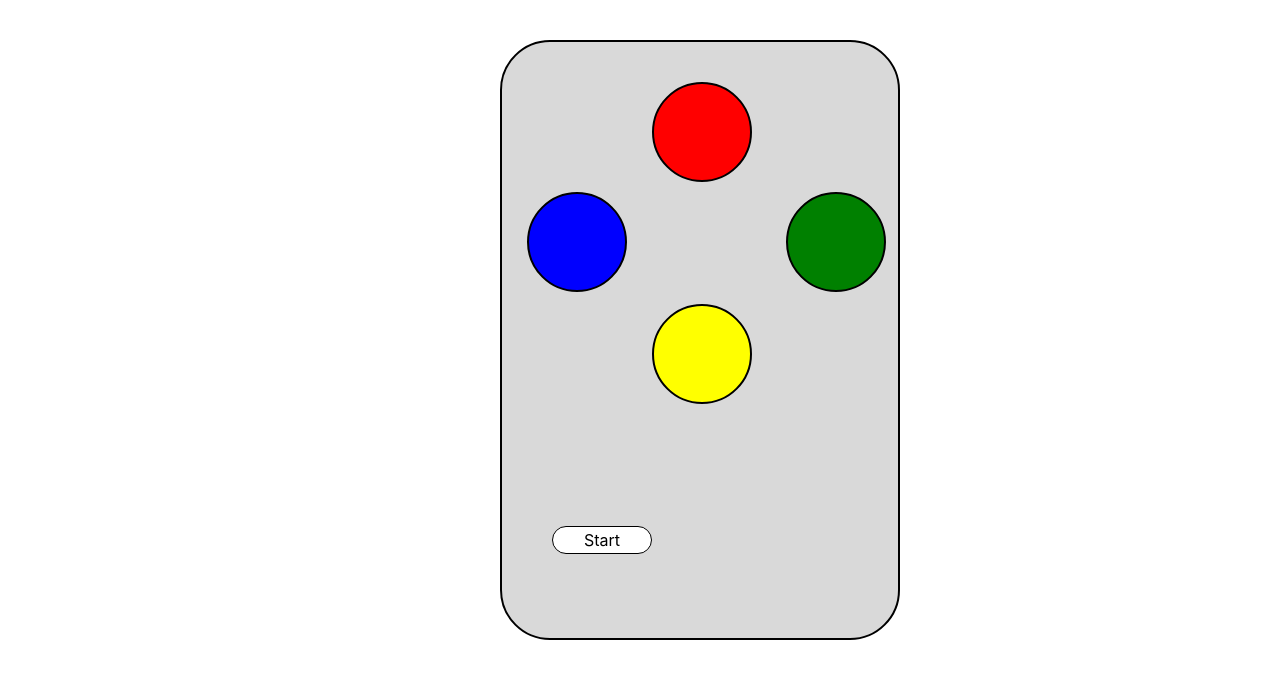
Repository: Code-Institute-Submissions/The-Simon-Game
Page: index.html
The author's editor kept a record of every edit. The page is drawn from the files as they stood at one moment, then again after the next edit.
The browser window is 1280 px wide. The pictures show the whole page.

Above is the page before.

### index.html
<!DOCTYPE html>
<html lang="en">

<head>
    <meta charset="UTF-8">
    <meta name="viewport" content="width=device-width, initial-scale=1.0">
    <meta http-equiv="X-UA-Compatible" content="ie=edge">
    <link rel="stylesheet" href="https://stackpath.bootstrapcdn.com/bootstrap/4.3.1/css/bootstrap.min.css" integrity="sha384-ggOyR0iXCbMQv3Xipma34MD+dH/1fQ784/j6cY/iJTQUOhcWr7x9JvoRxT2MZw1T" crossorigin="anonymous">
    <link rel="stylesheet" href="css/style.css" type="text/css" />
    <title>Simon The Memory Game</title>
</head>

<body>
    <!-- Panel -->
    <section class="panel">
        <div class="panel-overlay">
            <div class="row">
                <!-- Color buttons -->
                <div class="column col-4 col-sm-4">
                    <div class="blue"></div>
                </div>
                <div class="column col-4 col-sm-4">
                    <div class="red"></div>
                    <div class="yellow"></div>
                </div>
                <div class="column col-4 col-sm-4">
                    <div class="green"></div>
                </div>
            </div>
            <!-- Start Button -->
            <div class="start">
                <button class="start_button">Start</button>
            </div>
        </div>
    </section>
</body>

</html>

### css/style.css
/*--  Panel  --*/

.panel {
    height: 600px;
    width: 400px;
    margin: 40px;
    margin-left: 500px;
    border-radius: 50px;
    background-color: #d9d9d9;
    border: 2px solid black;
}

/*--  Color Button  --*/

.yellow {
    height: 100px;
    width: 100px;
    margin: 122px;
    margin-left: 8px;
    background-color: yellow;
    border-radius: 75px;
    border: 2px solid black;
}

.red {
    height: 100px;
    width: 100px;
    margin: 40px;
    margin-left: 8px;
    background-color: red;
    border-radius: 75px;
    border: 2px solid black;
}

.blue {
    height: 100px;
    width: 100px;
    margin: 150px;
    margin-left: 25px;
    background-color: blue;
    border-radius: 75px;
    border: 2px solid black;
}

.green {
    height: 100px;
    width: 100px;
    margin: 150px;
    margin-left: 0px;
    background-color: green;
    border-radius: 75px;
    border: 2px solid black;
}

/*-- Start Button --*/

.start_button {
    width: 100px;
    margin-left: 50px;
    border-radius: 50px;
    border: 1px solid black;
    background-color: white;
}

/*-- Strict Button --*/

.strict_button {
    width: 100px;
    margin-left: 100px;
    border-radius: 50px;
    border: 1px solid black;
    background-color: white;
}

/*-- On and Off Switch --*/

After the next edit:
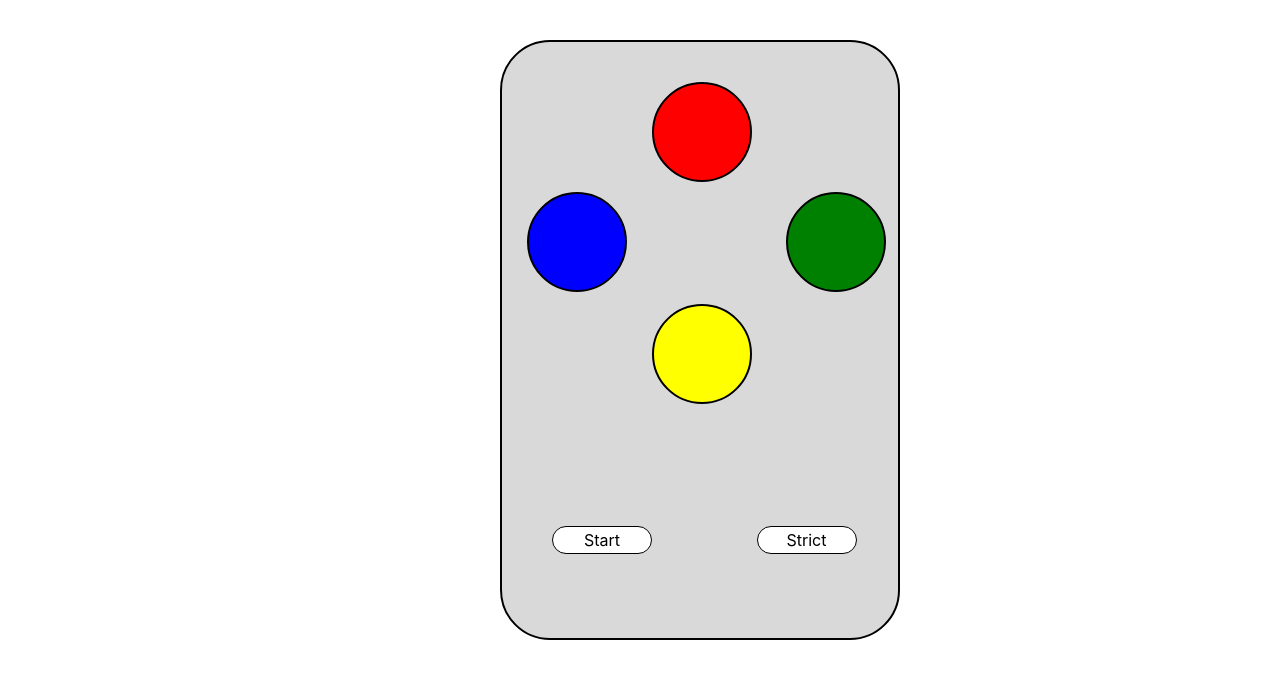
The edit:
--- a/index.html
+++ b/index.html
@@ -30,6 +30,7 @@
             <!-- Start Button -->
             <div class="start">
                 <button class="start_button">Start</button>
+                <button class="strict_button">Strict</button>
             </div>
         </div>
     </section>
